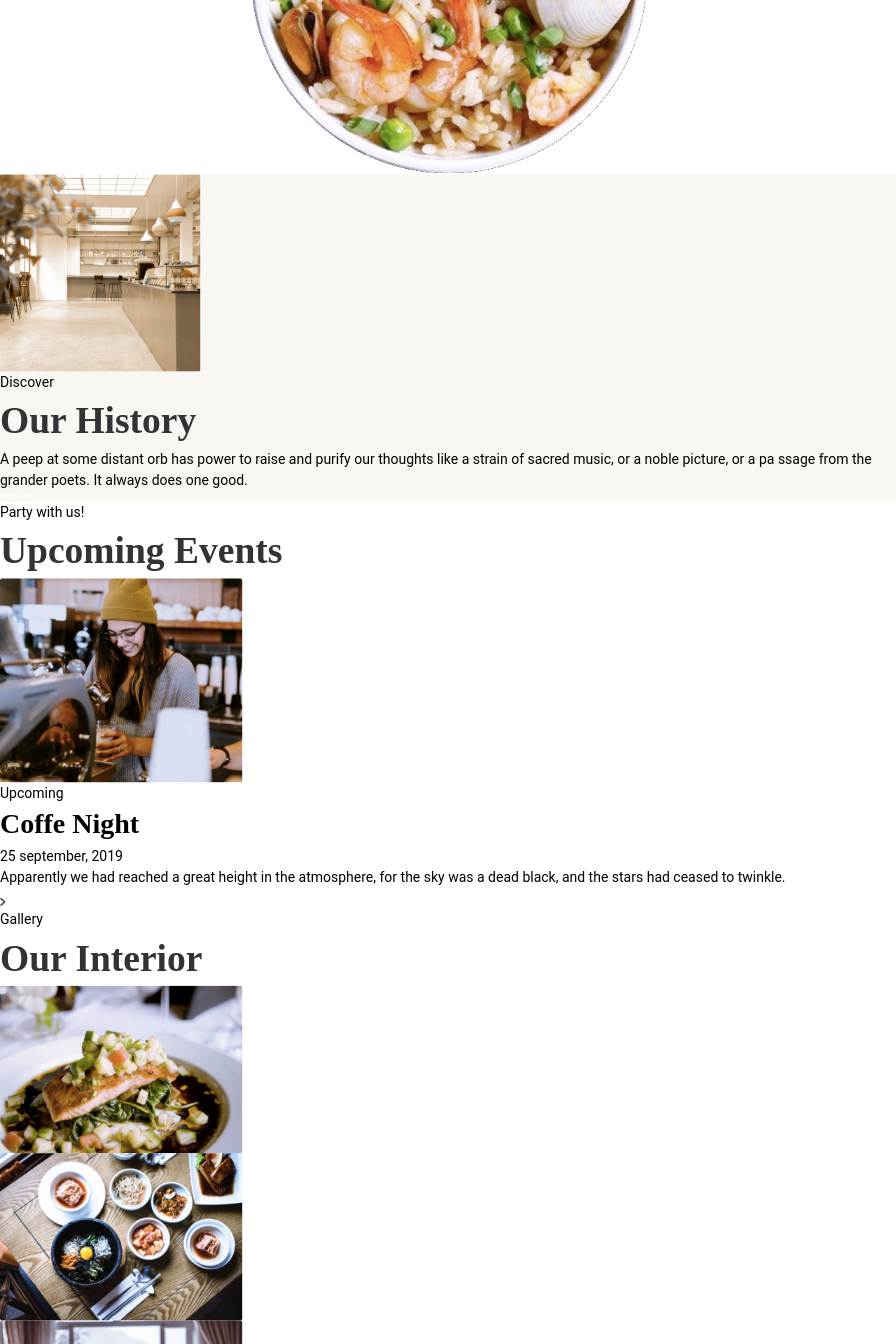
Repository: murilopellis-12/Tailwind-Prova
Page: index.html
The author's editor kept a copy of each file at every save. The page is drawn from the files as they stood at one save, then again after a run of saves.
The browser window is 1280 px wide. The pictures show the part of the page from y = 768 to 2688 px (the page is 4844 px tall before and 5821 px after), at 70% of full size.

Above is the page before, as saved 2026-10-26 21:20:33.
Not found: style.css

### index.html
<!doctype html>
<html lang="pt-BR">
  <head>
    <meta charset="UTF-8" />
    <meta name="viewport" content="width=device-width, initial-scale=1.0" />
    <title>PROVA FRONT-END</title>
    <script src="https://cdn.jsdelivr.net/npm/@tailwindcss/browser@4"></script>
    <style type="text/tailwindcss">
      @theme {
        --espaco-pequeno: clamp(
          1.5rem,
          calc(-2.725rem + 11.268vw),
          13.5rem
        ); /* min: 15px, max: 135px */
        --padding-topo: clamp(8rem, calc(5.183rem + 7.512vw), 16rem);

        /*Cores*/
        --cor-primaria: #333;
        --cor-secundaria: #f9f7f2;
        --cor-terciaria: #fff;
        --complementar-roxo: #6327eb;
        --borda-menu: rgba(255, 255, 255, 0.3);
        --paragrafos-claros: rgba(51, 51, 51, 0.5);
        --borda-formulario: #dadada;
      }

      html {
        font-size: 62.5%;
      }

      * {
        margin: 0;
        padding: 0;
        box-sizing: border-box;
      }

      h1 {
        font-size: clamp(
          5.6rem,
          calc(5.037rem + 1.502vw),
          7.2rem
        ); /* min: 56px, max: 72px */
        color: var(--cor-terciaria);
        font-weight: bold;
        font-family: "PT Serif";
      }

      h2 {
        font-size: clamp(
          4rem,
          calc(3.437rem + 1.502vw),
          5.6rem
        ); /* min: 40px, max: 56px */
        font-family: "PT Serif";
        font-weight: bold;
        color: var(--cor-primaria);
      }

      h3 {
        font-size: 4rem;
        font-family: "PT Serif";
        font-weight: bold;
      }

      p {
        font-family: "Roboto";
        font-size: 2rem;
      }

      button {
        font-family: "Roboto";
        color: var(--cor-terciaria);
        font-weight: normal;
        border-radius: 5px;
      }
    </style>
    <link rel="stylesheet" href="style.css" />
  </head>

  <body>
    <header class="header-principal bg-[linear-gradient(rgba(51,51,51,0.9),_rgba(51,51,51,0.9)),_url('img/imagem-fundo.png')] bg-cover bg-center w-[100%] h-auto p-[1.6rem_var(--espaco-pequeno)_clamp(5rem,calc(3.592rem+3.756vw),9rem)_var(--espaco-pequeno)]
    flex flex-col gap-[clamp(4.3rem,calc(2.645rem+4.413vw),9rem)]">
      <div class="conteudo-header flex justify-between w-[100%] items-center">
        <div>
          <a aria-label="redireciona para o início" id="ancora-header" href="#"
            class="text-[4rem] no-underline text-[var(--cor-terciaria)] font-bold">REST</a
          >
        </div>
        <div class="menu-hamburguer-div">
          <button id="botao-menu-hamburguer" class="w-[4.8rem] h-[4.8rem] rounded-[50%] border border-solid border-[var(--borda-menu)] bg-transparent">
            <img
              src="img/menu-hamburguer.png"
              alt="menu hamburguer do header"
            />
          </button>
        </div>
        <nav class="navegacao-header-desktop hidden">
          <ul class="flex flex-row gap-[3.2rem] justify-evenly">
            <li class="list-none text-[2rem] font-light text-[var(--cor-terciaria)] no-underline"><a class="list-none text-[2rem] font-light text-[var(--cor-terciaria)] no-underline" aria-label="abre Sobre" href="">About Us</a></li>
            <li class="list-none text-[2rem] font-light text-[var(--cor-terciaria)] no-underline"><a class="list-none text-[2rem] font-light text-[var(--cor-terciaria)] no-underline" aria-label="abre Menu" href="">Menu</a></li>
            <li class="list-none text-[2rem] font-light text-[var(--cor-terciaria)] no-underline"><a class="list-none text-[2rem] font-light text-[var(--cor-terciaria)] no-underline" aria-label="abre Eventos" href="">Events</a></li>
            <li class="list-none text-[2rem] font-light text-[var(--cor-terciaria)] no-underline"><a class="list-none text-[2rem] font-light text-[var(--cor-terciaria)] no-underline" aria-label="abre Notícias" href="">News</a></li>
            <li class="list-none text-[2rem] font-light text-[var(--cor-terciaria)] no-underline"><a class="list-none text-[2rem] font-light text-[var(--cor-terciaria)] no-underline" aria-label="abre contatos" href="">Contact</a></li>
          </ul>
        </nav>
        <div class="desktop-div-redes-sociais hidden">
          <nav class="navegacao-redes-sociais-header flex gap-[0.8rem]">
            <a aria-label="abre Facebook" class="circulos-navegacao w-[4.8rem] h-[4.8rem] rounded-[50%] border border-solid border-[var(--borda-menu)] flex justify-center items-center" href=""
              ><img src="img/facebook.png" alt="logo do Facebook"
            /></a>
            <a aria-label="abre Twitter" class="circulos-navegacao" href=""
              ><img
                class="logo-twitter-ancora"
                src="img/twitter.png"
                alt="logo do Twitter"
            /></a>
            <a aria-label="abre Instagram" class="circulos-navegacao" href=""
              ><img src="img/instagram.png" alt="logo do Instagram"
            /></a>
          </nav>
        </div>
      </div>
      <div class="div-agrupar-conteudo-hero flex flex-col gap-[clamp(3.6rem,calc(1.982rem+4.314vw),6.4rem)]">
        <div class="conteudo-hero h-auto flex flex-col justify-center gap-[4rem]">
          <h1 id="h1-pagina-principal">Welcome to our restaurant</h1>
          <p id="horario-funcionamento-hero" class="text-[2.4rem] font-light text-[var(--cor-terciaria)]">Everyday 8:00 am - 23:00 pm</p>
          <div class="botoes-hero grid grid-cols-[1fr_1fr] gap-[clamp(0.6rem,calc(-0.245rem+2.254vw),3rem)] h-auto w-[100%] max-w-[345px]">
            <button
              aria-label="abre a reserva de mesa"
              class="botoes-hero-class p-[1.2rem_0] text-[var(--cor-terciaria)] text-[1.8rem] max-w-[170px] border-0 bg-[var(--complementar-roxo)]"
              id="botao-livro-mesa"
            >
              Book a table
            </button>
            <button
              aria-label="abre o menu"
              class="botoes-hero-class p-[1.2rem_0] text-[var(--cor-terciaria)] text-[1.8rem] max-w-[170px] border-0 bg-[var(--complementar-roxo)] border border-solid border-[var(--borda-menu)]"
              id="botao-ver-menu"
            >
              See menu
            </button>
          </div>
        </div>
        <div class="div-imagem-hero w-auto h-auto flex justify-center">
          <img
            class="w-[100%] max-w-[570px] h-auto"
            id="imagem-sopa-hero"
            src="img/sopa.png"
            alt="imagem de uma sopa"
          />
        </div>
      </div>
    </header>
    <main>
      <section class="secao-nossa-historia p-[clamp(8rem,calc(5.183rem+7.512vw),16rem)_var(--espaco-pequeno)] bg-[var(--cor-secundaria)]">
        <div class="conteudo-nossa-historia">
          <div class="div-imagem-nossa-historia">
            <img
              src="img/nossa-historia-imagem.png"
              alt="imagem de uma cozinha"
              class=""
            />
          </div>
          <div class="nossa-historia-texto">
            <p class="categorias-site" id="categoria-descobrir">Discover</p>
            <h2 id="nossa-historia-h2">Our History</h2>
            <p class="paragrafos-site">
              A peep at some distant orb has power to raise and purify our
              thoughts like a strain of sacred music, or a noble picture, or a
              pa ssage from the grander poets. It always does one good.
            </p>
            <div class="div-botao-ler-mais">
              <button aria-label="abre o Ler Mais" id="botao-ler-mais-historia">
                Read more
              </button>
            </div>
          </div>
        </div>
      </section>
      <section class="secao-eventos-futuros">
        <div class="titulos-secao-eventos-futuros">
          <p id="paragrafo-titulo-eventos-futuros">Party with us!</p>
          <h2 id="h2-titulo-eventos-futuros">Upcoming Events</h2>
        </div>
        <div class="forma-eventos-futuros">
          <div class="imagem-evento-futuro">
            <img
              id="imagem-mulher-fazendo-cafe"
              src="img/mulher-fazendo-cafe.png"
              alt="mulher fazendo café em uma máquina"
            />
          </div>
          <div class="conteudo-escrito-eventos">
            <p class="categorias-site" id="categoria-futuro">Upcoming</p>
            <h3>Coffe Night</h3>
            <p id="data-eventos-futuros">25 september, 2019</p>
            <p class="paragrafos-site">
              Apparently we had reached a great height in the atmosphere, for
              the sky was a dead black, and the stars had ceased to twinkle.
            </p>
            <div class="div-botao-ler-mais">
              <button
                aria-label="redireciona a reserva de mesa"
                id="botao-reservar-mesa"
              >
                Book a table
              </button>
            </div>
          </div>
          <div class="proxima-pagina">
            <button id="seta-proxima-pagina">
              <img
                src="img/flecha-proxima.png"
                alt="ícone de flecha que guia para outra página"
              />
            </button>
          </div>
        </div>
      </section>
      <section class="secao-galeria-fotos">
        <div class="titulos-secao-galeria-fotos">
          <p id="paragrafo-titulo-galeria">Gallery</p>
          <h2 id="h2-titulo-galeria">Our Interior</h2>
        </div>
        <div class="imagens-galeria">
          <img
            class="imagens-da-galeria"
            src="img/galeria/salmao.png"
            alt="prato com temperos e salmão"
          />
          <img
            class="imagens-da-galeria"
            src="img/galeria/pratos.png"
            alt="pratos preparados com diversos alimentos"
          />
          <img
            class="imagens-da-galeria"
            src="img/galeria/mesas-cadeiras.png"
            alt="mesas preparadas com diversas cadeiras"
          />
          <img
            class="imagens-da-galeria"
            src="img/galeria/mesa-individual.png"
            alt="uma unidade de mesa com lugar para 4 pessoas"
          />
          <img
            class="imagens-da-galeria"
            src="img/galeria/mesa-com-garcom.png"
            alt="mesas e cadeiras sendo organizados por uma garçom"
          />
          <img
            class="imagens-da-galeria"
            src="img/galeria/mesa-preparada.png"
            alt="mesa com talheres e guardanapos postos e preparados"
          />
        </div>
      </section>
      <section class="secao-sobre-nos">
        <div class="titulos-secao-sobre-nos">
          <p class="categorias-site" id="paragrafo-titulo-sobre-nos">Press</p>
          <h2 id="h2-titulo-sobre-nos">About Us</h2>
        </div>
        <div class="cartoes-conjunto">
          <div class="cartoes-autoras" id="autora-york-times">
            <img
              class="logo-titulo"
              src="img/the-new-york-logo.png"
              alt="logo do The New York Times"
            />
            <p class="citacao-autora">
              "Apparently we had reached a great height in the atmosphere, for
              the sky was a dead black, and the stars had ceased to twinkle. By
              the same illusion which lifts the horizon of the sea to the
              level."
            </p>
            <p class="nome-autora-rodape">The New York Times</p>
          </div>
          <div class="cartoes-autoras" id="autora-the-guardian">
            <img
              class="logo-titulo"
              src="img/the-guardian-logo.png"
              alt="logo do The Guardian"
            />
            <p class="citacao-autora">
              "Apparently we had reached a great height in the atmosphere, for
              the sky was a dead black, and the stars had ceased to twinkle. By
              the same illusion which lifts the horizon of the sea to the
              level."
            </p>
            <p class="nome-autora-rodape">The Guardian</p>
          </div>
          <div class="cartoes-autoras" id="autora-wall-street">
            <img
              class="logo-titulo"
              src="img/wall-street-jornal-logo.png"
              alt="logo do Wall Street Jornal"
            />
            <p class="citacao-autora">
              "Apparently we had reached a great height in the atmosphere, for
              the sky was a dead black, and the stars had ceased to twinkle. By
              the same illusion which lifts the horizon of the sea to the
              level."
            </p>
            <p class="nome-autora-rodape">The Wall Street Jornal</p>
          </div>
        </div>
      </section>
      <section class="secao-reservar-mesa">
        <div class="area-reserva-mesa">
          <div>
            <p class="categorias-site" id="paragrafo-titulo-reserva">Reserve</p>
            <h2 id="h2-titulo-reserva-mesa">A Table</h2>
          </div>
          <form action="#" class="formulario-reserva-mesa">
            <div
              class="campos-preencher-formulario-reserva"
              id="formulario-campo-data"
            >
              <label for="data">DATE</label>
              <input
                type="text"
                id="data"
                name="data"
                placeholder="9/26/2019"
              />
            </div>
            <div
              class="campos-preencher-formulario-reserva"
              id="formulario-campo-tempo"
            >
              <label for="hora">TIME</label>
              <input type="text" name="hora" id="hora" placeholder="7:00 pm" />
            </div>
            <div
              class="campos-preencher-formulario-reserva"
              id="formulario-campo-visitantes"
            >
              <label for="numero-pessoas">GUESTS</label>
              <input
                type="number"
                name="numero-pessoas"
                id="numero-pessoas"
                placeholder="2 people"
              />
            </div>
            <div id="formulario-campo-envio">
              <button
                aria-label="redireciona para reserva de mesa"
                id="botao-envio-reserva"
                type="submit"
              >
                Find a table
              </button>
            </div>
          </form>
        </div>
        <div class="div-imagem-secao-reserva">
          <img src="img/mesa-organizada.png" alt="mesa organizada" />
        </div>
      </section>
    </main>
    <footer class="footer-principal">
      <div>
        <h3 id="h3-rodape-pagina">REST</h3>
      </div>
      <nav class="navegacao-rodape">
        <ul>
          <li>About Us</li>
          <li>Menu</li>
          <li>Events</li>
          <li>News</li>
          <li>Contact</li>
        </ul>
      </nav>
      <nav class="redes-sociais-rodape-botoes">
        <a aria-label="abre Facebook" class="circulos-navegacao" href=""
          ><img src="img/facebook.png" alt="logo do Facebook"
        /></a>
        <a aria-label="abre Twitter" class="circulos-navegacao" href=""
          ><img
            class="logo-twitter-ancora"
            src="img/twitter.png"
            alt="logo do Twitter"
        /></a>
        <a aria-label="abre Instagram" class="circulos-navegacao" href=""
          ><img src="img/instagram.png" alt="logo do Instagram"
        /></a>
      </nav>
      <div class="direitos-reservados-rodape">
        <p id="paragrafo-direitos-reservados">
          2019 Restaurant. All Rights Reserved.
        </p>
      </div>
    </footer>
  </body>
</html>

After the next 4 saves:
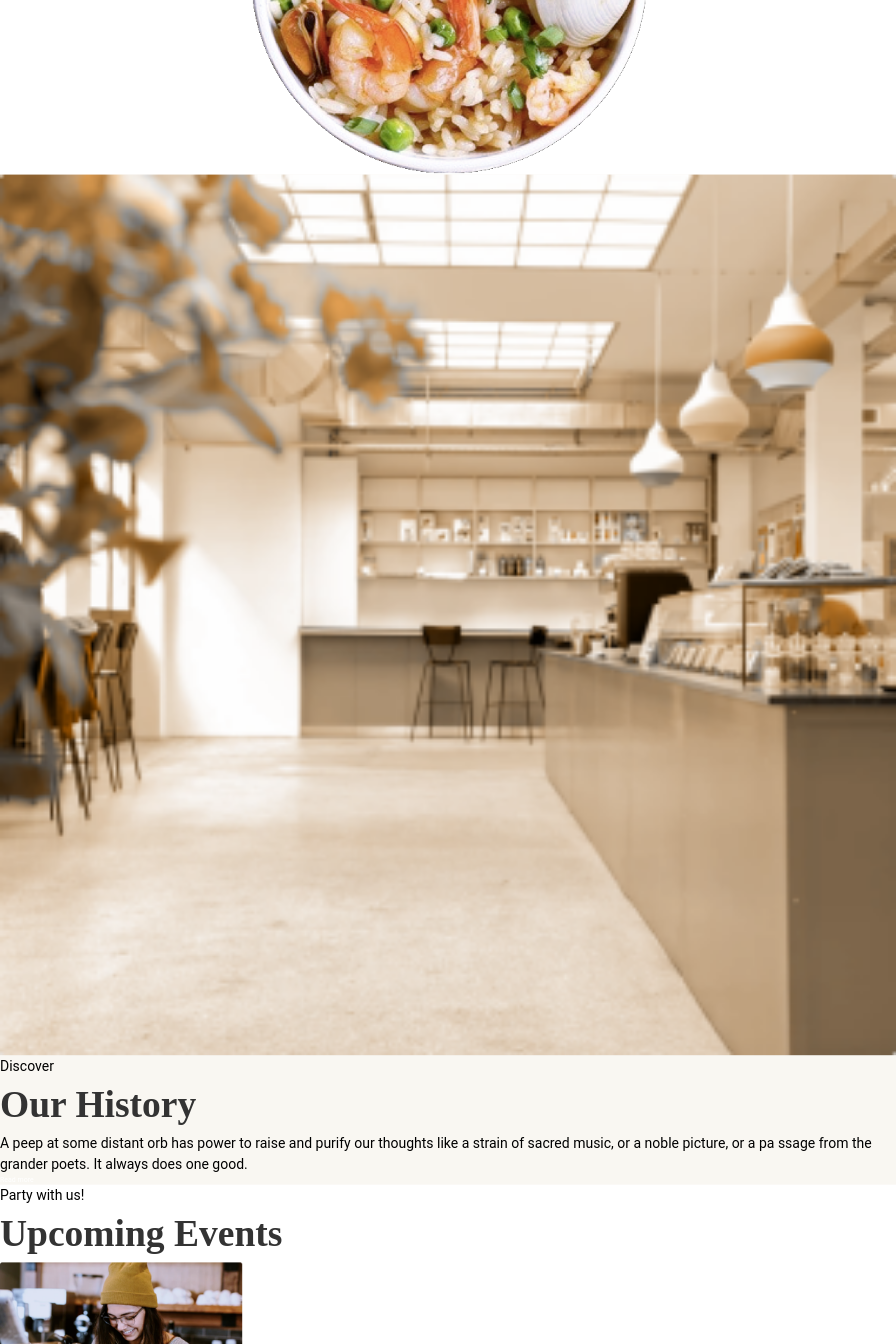
The 4 saves are shown as one change because they came seconds apart.
The last was saved 11 s later.
--- a/index.html
+++ b/index.html
@@ -158,7 +158,7 @@
             <img
               src="img/nossa-historia-imagem.png"
               alt="imagem de uma cozinha"
-              class=""
+              class="w-[100%] h-auto p"
             />
           </div>
           <div class="nossa-historia-texto">
